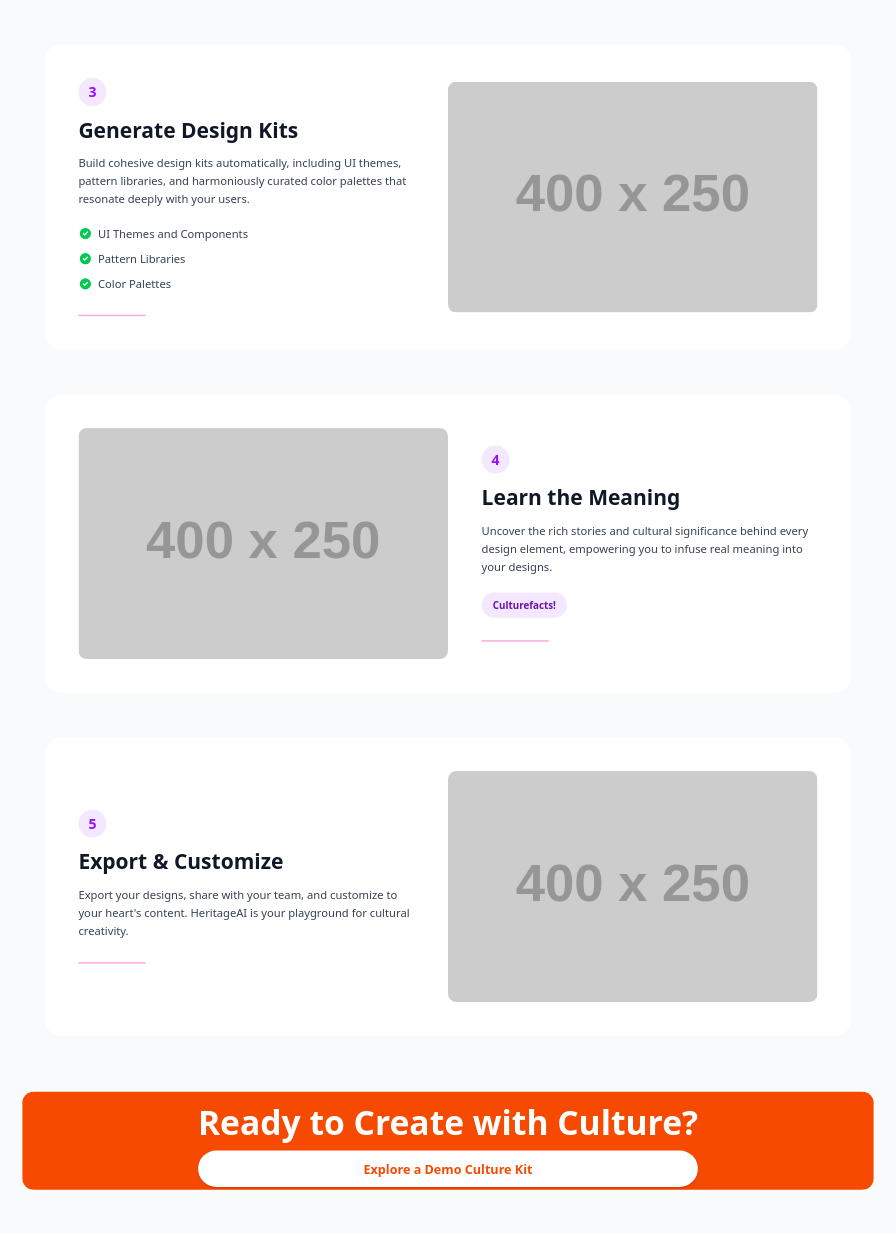
Repository: Em-driod/Heritage
Page: /
An editor plug-in stored every save of this project. The page is shown before and after the next save, followed by the edit.
The browser window is 1280 px wide. The pictures show the part of the page from y = 4471 to 6391 px (the page is 6235 px tall before and 6391 px after), at 70% of full size.
The project was rebuilt for these pictures with package versions that can differ from the ones it lists, and the page was loaded fresh each time. Also part of the build but not shown: vite.config.ts.

Above is the page before, as saved 2025-07-08 16:36:08.

After the next save:
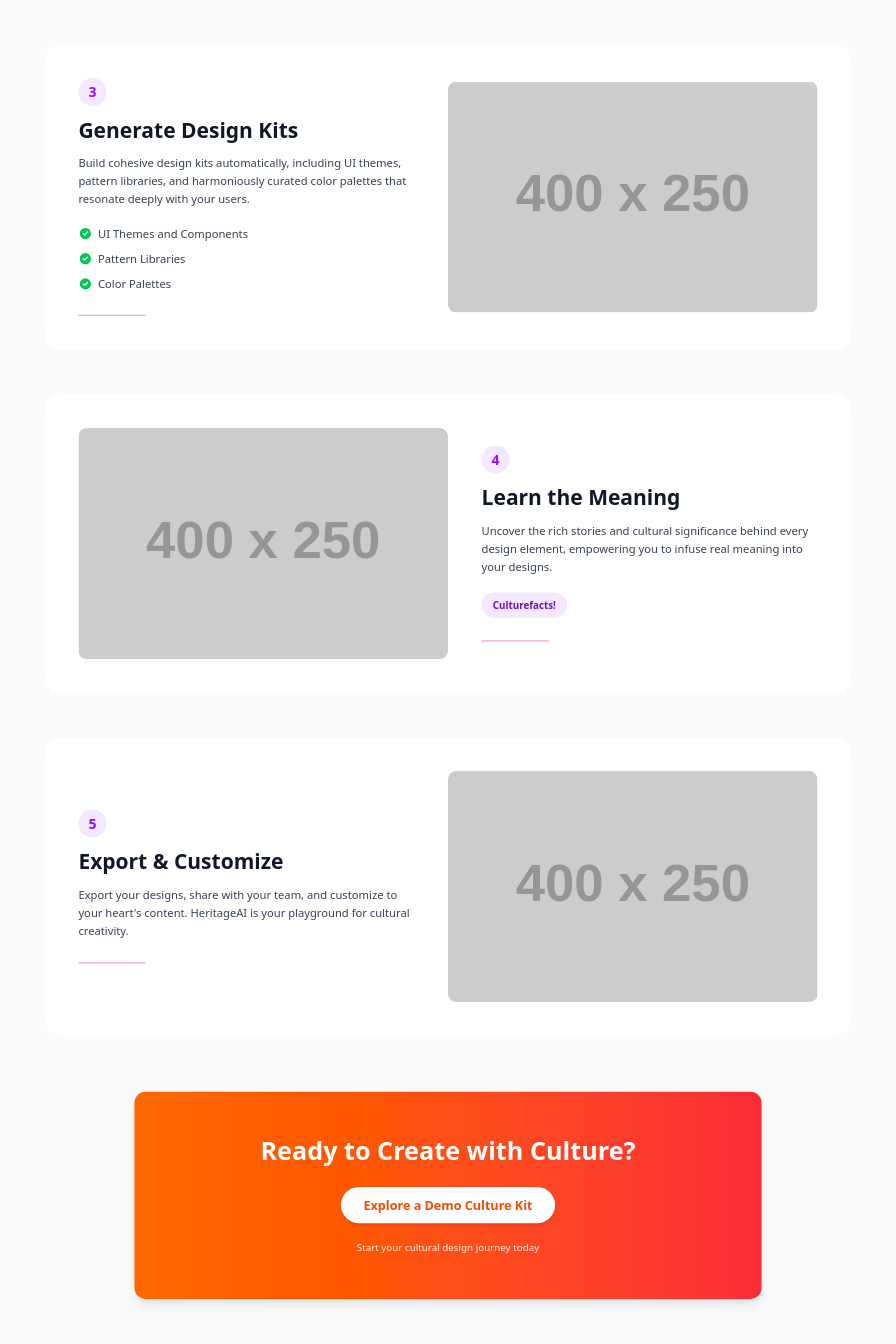
Saved 2 min 12 s later.
--- a/src/components/landfifth.tsx
+++ b/src/components/landfifth.tsx
@@ -184,18 +184,17 @@
 
       </div>
 
-      {/* Call to Action Button at the Bottom - UPDATED */}
-      <div className="text-center mt-20">
-        <div className=" grid items-center justify-center  py-5 bg-orange-600 font-semibold rounded-2xl overflow-hidden group transition duration-300 transform hover:scale-105 text-lg min-w-[300px] h-[100px] sm:min-w-[400px] sm:h-[120px] lg:min-w-[500px] lg:h-[140px]"> {/* Increased size for better visual match */}
-          <span className="  text-white text-3xl sm:text-4xl lg:text-5xl font-extrabold mb-4">Ready to Create with Culture?</span> {/* Text inside the main button */}
-          <button className=" bottom-4 z-20 px-8 py-3 bg-white text-orange-600 font-semibold rounded-full shadow-md hover:shadow-lg transition duration-200 text-base sm:text-lg"> {/* Inner white button */}
+      {/* Call to Action Button at the Bottom - UPDATED TO MATCH image_19dac5.png */}
+      <div className="text-center mt-20 px-4"> {/* Added horizontal padding here for overall container */}
+        <div className="relative flex flex-col items-center justify-center bg-gradient-to-r from-orange-500 to-red-500 text-white rounded-2xl overflow-hidden group transition duration-300 transform hover:scale-105 shadow-lg mx-auto py-10 sm:py-12 lg:py-16 px-6 sm:px-8 lg:px-10 max-w-4xl"> {/* Adjusted padding and max-width */}
+          <span className="text-white text-3xl sm:text-4xl font-extrabold mb-6 sm:mb-8">Ready to Create with Culture?</span> {/* Adjusted margin-bottom */}
+          <button className="px-8 py-3 bg-white text-orange-600 font-semibold rounded-full shadow-md hover:shadow-lg transition duration-200 text-base sm:text-lg">
             Explore a Demo Culture Kit
           </button>
-          <p className="mt-6 text-gray-600 text-base"> {/* Adjusted margin-top */}
-          Start your cultural design journey today
-        </p>
-        </div>
-
+          <p className="mt-6 text-white text-sm opacity-90"> {/* Changed text color to white and added opacity */}
+            Start your cultural design journey today
+          </p>
+        </div>
       </div>
     </div>
   );
